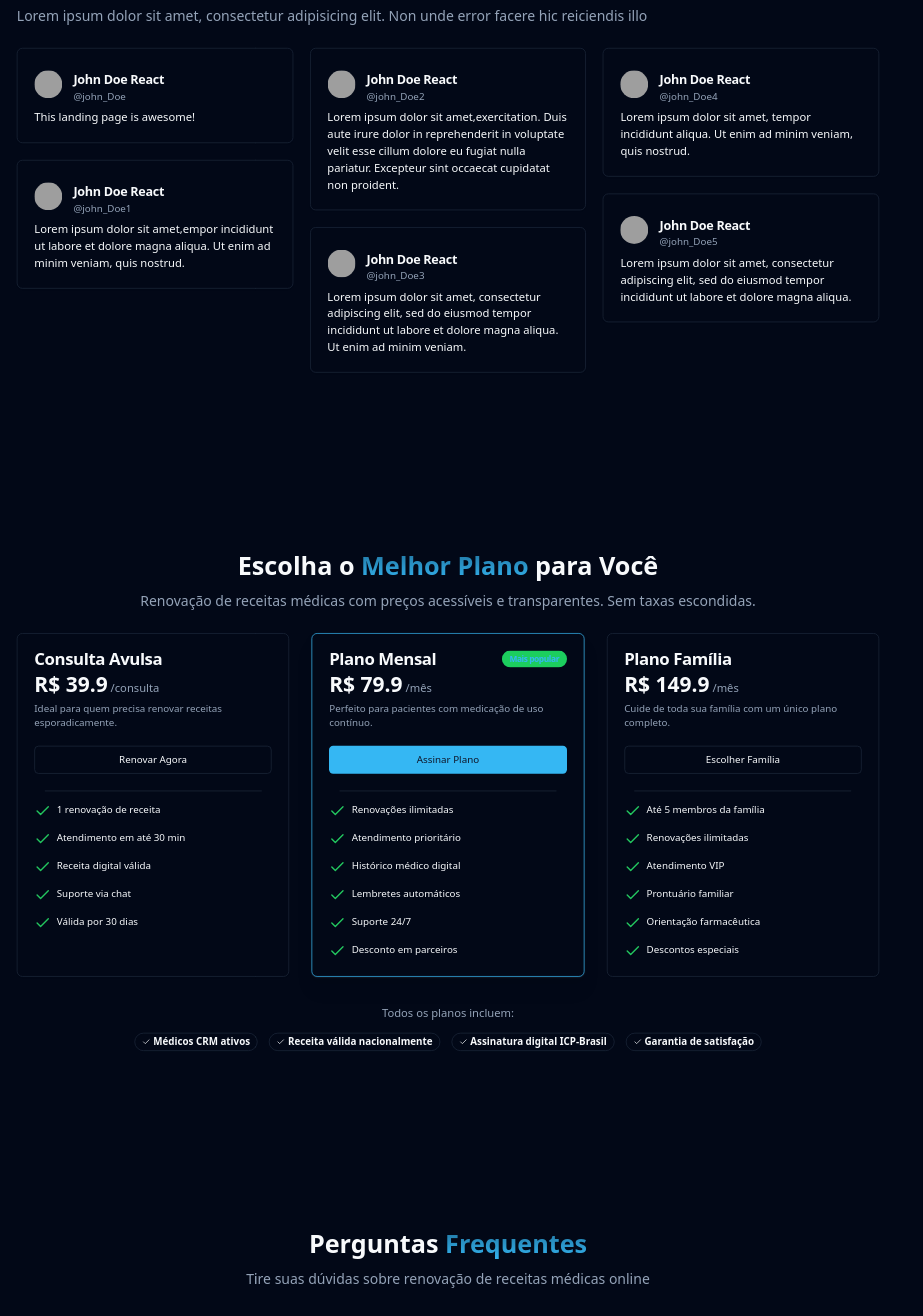
Repository: xoiurp/saude-digital
Page: /
These files come from the project's save history. The page is drawn as it stood at one moment and after the next save; the edit follows.
The browser window is 1280 px wide. The page is 1318 px wide, so the pictures cover 1318 px, including what lies to the right of the window. The pictures show the part of the page from y = 3559 to 5439 px (the page is 6945 px tall), at 70% of full size.
Pictures or frames that could not be fetched are drawn as grey boxes. The project was rebuilt for these pictures with package versions that can differ from the ones it lists, and the page was loaded fresh each time. Also part of the build but not shown: vite.config.ts.

Above is the page before, as saved 2025-09-09 16:01:31.

### index.html
<!doctype html>
<html lang="pt-BR">
  <head>
    <meta charset="UTF-8" />
    <link rel="icon" type="image/svg+xml" href="/vite.svg" />
    <meta name="viewport" content="width=device-width, initial-scale=1.0" />
    <meta name="description" content="Renove sua receita médica online com segurança e praticidade. Consulta médica 24h, receita digital válida em todo Brasil. Renovação em minutos!">
    <meta name="keywords" content="renovar receita, receita médica online, telemedicina, consulta online, receita digital">
    <title>RenovaReceitas - Renovação de Receitas Médicas Online 24h</title>
  </head>
  <body>
    <div id="root"></div>
    <script type="module" src="/src/main.tsx"></script>
  </body>
</html>

### src/App.tsx
import { About } from "./components/About";
import { Cta } from "./components/Cta";
import { FAQ } from "./components/FAQ";
import { Features } from "./components/Features";
import { Footer } from "./components/Footer";
import { Hero } from "./components/Hero";
import { HowItWorks } from "./components/HowItWorks";
import { Navbar } from "./components/Navbar";
import { Newsletter } from "./components/Newsletter";
import { Pricing } from "./components/Pricing";
import { Sponsors } from "./components/Sponsors";
import { Team } from "./components/Team";
import { Testimonials } from "./components/Testimonials";
import { WhatsAppButton } from "./components/WhatsAppButton";
import "./App.css";

function App() {
  return (
    <>
      <Navbar />
      <Hero />
      <Features />
      <HowItWorks />
      <Cta />
      <Testimonials />
      <Pricing />
      <FAQ />
      <Newsletter />
      <Footer />
      <WhatsAppButton />
    </>
  );
}

export default App;

### src/components/theme-provider.tsx
import { createContext, useContext, useEffect, useState } from "react";

type Theme = "dark" | "light" | "system";

type ThemeProviderProps = {
  children: React.ReactNode;
  defaultTheme?: Theme;
  storageKey?: string;
};

type ThemeProviderState = {
  theme: Theme;
  setTheme: (theme: Theme) => void;
};

const initialState: ThemeProviderState = {
  theme: "system",
  setTheme: () => null,
};

const ThemeProviderContext = createContext<ThemeProviderState>(initialState);

export function ThemeProvider({
  children,
  defaultTheme = "dark",
  storageKey = "vite-ui-theme",
  ...props
}: ThemeProviderProps) {
  const [theme, setTheme] = useState<Theme>(
    () => (localStorage.getItem(storageKey) as Theme) || defaultTheme
  );

  useEffect(() => {
    const root = window.document.documentElement;

    root.classList.remove("light", "dark");

    if (theme === "system") {
      const systemTheme = window.matchMedia("(prefers-color-scheme: dark)")
        .matches
        ? "dark"
        : "light";

      root.classList.add(systemTheme);
      return;
    }

    root.classList.add(theme);
  }, [theme]);

  const value = {
    theme,
    setTheme: (theme: Theme) => {
      localStorage.setItem(storageKey, theme);
      setTheme(theme);
    },
  };

  return (
    <ThemeProviderContext.Provider
      {...props}
      value={value}
    >
      {children}
    </ThemeProviderContext.Provider>
  );
}

export const useTheme = () => {
  const context = useContext(ThemeProviderContext);

  if (context === undefined)
    throw new Error("useTheme must be used within a ThemeProvider");

  return context;
};

### src/components/Newsletter.tsx
import { Button } from "./ui/button";
import { Input } from "./ui/input";

export const Newsletter = () => {
  const handleSubmit = (e: any) => {
    e.preventDefault();
    console.log("Cadastrar-sed!");
  };

  return (
    <section id="Newsletter">
      <hr className="w-11/12 mx-auto" />

      <div className="container py-24 sm:py-32">
        <h3 className="text-center text-4xl md:text-5xl font-bold">
          Cadastra-se para receber{" "}
          <span className="bg-gradient-to-b from-primary/60 to-primary text-transparent bg-clip-text">
            Newsletter
          </span>
        </h3>
        <p className="text-xl text-muted-foreground text-center mt-4 mb-8">
          Enviaremos apenas o necessário.
        </p>

        <form
          className="flex flex-col w-full md:flex-row md:w-6/12 lg:w-4/12 mx-auto gap-4 md:gap-2"
          onSubmit={handleSubmit}
        >
          <Input
            placeholder="leomirandadev@gmail.com"
            className="bg-muted/50 dark:bg-muted/80 "
            aria-label="email"
          />
          <Button>Cadastrar-se</Button>
        </form>
      </div>

      <hr className="w-11/12 mx-auto" />
    </section>
  );
};

### src/components/Pricing.tsx
import { Badge } from "@/components/ui/badge";
import { Button } from "@/components/ui/button";
import {
  Card,
  CardContent,
  CardDescription,
  CardFooter,
  CardHeader,
  CardTitle,
} from "@/components/ui/card";
import { Check, X } from "lucide-react";

enum PopularPlanType {
  NO = 0,
  YES = 1,
}

interface PricingProps {
  title: string;
  popular: PopularPlanType;
  price: number;
  description: string;
  buttonText: string;
  benefitList: string[];
  limitations?: string[];
}

const pricingList: PricingProps[] = [
  {
    title: "Consulta Avulsa",
    popular: 0,
    price: 39.90,
    description:
      "Ideal para quem precisa renovar receitas esporadicamente.",
    buttonText: "Renovar Agora",
    benefitList: [
      "1 renovação de receita",
      "Atendimento em até 30 min",
      "Receita digital válida",
      "Suporte via chat",
      "Válida por 30 dias",
    ],
  },
  {
    title: "Plano Mensal",
    popular: 1,
    price: 79.90,
    description:
      "Perfeito para pacientes com medicação de uso contínuo.",
    buttonText: "Assinar Plano",
    benefitList: [
      "Renovações ilimitadas",
      "Atendimento prioritário",
      "Histórico médico digital",
      "Lembretes automáticos",
      "Suporte 24/7",
      "Desconto em parceiros",
    ],
  },
  {
    title: "Plano Família",
    popular: 0,
    price: 149.90,
    description:
      "Cuide de toda sua família com um único plano completo.",
    buttonText: "Escolher Família",
    benefitList: [
      "Até 5 membros da família",
      "Renovações ilimitadas",
      "Atendimento VIP",
      "Prontuário familiar",
      "Orientação farmacêutica",
      "Descontos especiais",
    ],
  },
];

export const Pricing = () => {
  return (
    <section
      id="pricing"
      className="container py-24 sm:py-32"
    >
      <h2 className="text-3xl md:text-4xl font-bold text-center">
        Escolha o
        <span className="bg-gradient-to-b from-primary/60 to-primary text-transparent bg-clip-text">
          {" "}
          Melhor Plano{" "}
        </span>
        para Você
      </h2>
      <h3 className="text-xl text-center text-muted-foreground pt-4 pb-8">
        Renovação de receitas médicas com preços acessíveis e transparentes.
        Sem taxas escondidas.
      </h3>
      <div className="grid md:grid-cols-2 lg:grid-cols-3 gap-8">
        {pricingList.map((pricing: PricingProps) => (
          <Card
            key={pricing.title}
            className={
              pricing.popular === PopularPlanType.YES
                ? "drop-shadow-xl shadow-black/10 dark:shadow-white/10 border-primary"
                : ""
            }
          >
            <CardHeader>
              <CardTitle className="flex item-center justify-between">
                {pricing.title}
                {pricing.popular === PopularPlanType.YES ? (
                  <Badge
                    variant="secondary"
                    className="text-s text-primary"
                  >
                    Mais popular
                  </Badge>
                ) : null}
              </CardTitle>
              <div>
                <span className="text-3xl font-bold">R$ {pricing.price}</span>
                <span className="text-muted-foreground"> /{pricing.title === "Consulta Avulsa" ? "consulta" : "mês"}</span>
              </div>

              <CardDescription>{pricing.description}</CardDescription>
            </CardHeader>

            <CardContent>
              <Button
                className="w-full"
                variant={pricing.popular === PopularPlanType.YES ? "default" : "outline"}
              >
                {pricing.buttonText}
              </Button>
            </CardContent>

            <hr className="w-4/5 m-auto mb-4" />

            <CardFooter className="flex">
              <div className="space-y-4">
                {pricing.benefitList.map((benefit: string) => (
                  <span
                    key={benefit}
                    className="flex"
                  >
                    <Check className="text-green-500 mr-2" />
                    <h3 className="text-sm">{benefit}</h3>
                  </span>
                ))}
              </div>
            </CardFooter>
          </Card>
        ))}
      </div>

      <div className="mt-10 text-center">
        <p className="text-muted-foreground mb-4">
          Todos os planos incluem:
        </p>
        <div className="flex flex-wrap justify-center gap-4">
          <Badge variant="outline" className="text-sm">
            <Check className="h-3 w-3 mr-1" />
            Médicos CRM ativos
          </Badge>
          <Badge variant="outline" className="text-sm">
            <Check className="h-3 w-3 mr-1" />
            Receita válida nacionalmente
          </Badge>
          <Badge variant="outline" className="text-sm">
            <Check className="h-3 w-3 mr-1" />
            Assinatura digital ICP-Brasil
          </Badge>
          <Badge variant="outline" className="text-sm">
            <Check className="h-3 w-3 mr-1" />
            Garantia de satisfação
          </Badge>
        </div>
      </div>
    </section>
  );
};

### src/components/WhatsAppButton.tsx
import { MessageCircle } from "lucide-react";

export const WhatsAppButton = () => {
  const whatsappUrl = "http://wa.me/5516981747790";

  return (
    <a
      href={whatsappUrl}
      target="_blank"
      rel="noopener noreferrer"
      className="fixed bottom-6 right-6 z-50 bg-green-500 hover:bg-green-600 text-white p-4 rounded-full shadow-lg transition-all duration-300 hover:scale-110 flex items-center justify-center group"
      aria-label="Contato via WhatsApp"
    >
      <MessageCircle className="h-6 w-6" />
      <span className="absolute right-full mr-3 bg-gray-800 text-white text-sm px-3 py-2 rounded-lg opacity-0 group-hover:opacity-100 transition-opacity duration-300 whitespace-nowrap">
        Fale conosco no WhatsApp
      </span>
    </a>
  );
};

### src/App.css
@tailwind base;
@tailwind components;
@tailwind utilities;

@layer base {
  /* Light mode - Medical theme with blue and green tones */
  :root {
    --background: 0 0% 100%;
    --foreground: 222.2 84% 4.9%;

    --card: 0 0% 100%;
    --card-foreground: 222.2 84% 4.9%;

    --popover: 0 0% 100%;
    --popover-foreground: 222.2 84% 4.9%;

    /* Primary - Medical Blue */
    --primary: 199 89% 48%;
    --primary-foreground: 0 0% 100%;

    /* Secondary - Soft Green */
    --secondary: 142 76% 36%;
    --secondary-foreground: 0 0% 100%;

    --muted: 210 40% 96.1%;
    --muted-foreground: 215.4 16.3% 46.9%;

    --accent: 210 40% 96.1%;
    --accent-foreground: 222.2 47.4% 11.2%;

    --destructive: 0 84.2% 60.2%;
    --destructive-foreground: 210 40% 98%;

    --border: 214.3 31.8% 91.4%;
    --input: 214.3 31.8% 91.4%;
    --ring: 199 89% 48%;

    --radius: 0.5rem;
  }

  /* Dark mode - Medical theme */
  .dark {
    --background: 222.2 84% 4.9%;
    --foreground: 210 40% 98%;

    --card: 222.2 84% 4.9%;
    --card-foreground: 210 40% 98%;

    --popover: 222.2 84% 4.9%;
    --popover-foreground: 210 40% 98%;

    /* Primary - Medical Blue (lighter for dark mode) */
    --primary: 199 89% 58%;
    --primary-foreground: 222.2 47.4% 11.2%;

    /* Secondary - Soft Green (lighter for dark mode) */
    --secondary: 142 76% 46%;
    --secondary-foreground: 222.2 47.4% 11.2%;

    --muted: 217.2 32.6% 17.5%;
    --muted-foreground: 215 20.2% 65.1%;

    --accent: 217.2 32.6% 17.5%;
    --accent-foreground: 210 40% 98%;

    --destructive: 0 62.8% 30.6%;
    --destructive-foreground: 210 40% 98%;

    --border: 217.2 32.6% 17.5%;
    --input: 217.2 32.6% 17.5%;
    --ring: 199 89% 58%;
  }
}

@layer base {
  * {
    @apply border-border;
  }
  body {
    @apply bg-background text-foreground;
  }
}

### src/components/ui/button.tsx
import * as React from "react"
import { Slot } from "@radix-ui/react-slot"
import { cva, type VariantProps } from "class-variance-authority"

import { cn } from "@/lib/utils"

const buttonVariants = cva(
  "inline-flex items-center justify-center whitespace-nowrap rounded-md text-sm font-medium ring-offset-background transition-colors focus-visible:outline-none focus-visible:ring-2 focus-visible:ring-ring focus-visible:ring-offset-2 disabled:pointer-events-none disabled:opacity-50",
  {
    variants: {
      variant: {
        default: "bg-primary text-primary-foreground hover:bg-primary/90",
        destructive:
          "bg-destructive text-destructive-foreground hover:bg-destructive/90",
        outline:
          "border border-input bg-background hover:bg-accent hover:text-accent-foreground",
        secondary:
          "bg-secondary text-secondary-foreground hover:bg-secondary/80",
        ghost: "hover:bg-accent hover:text-accent-foreground",
        link: "text-primary underline-offset-4 hover:underline",
      },
      size: {
        default: "h-10 px-4 py-2",
        sm: "h-9 rounded-md px-3",
        lg: "h-11 rounded-md px-8",
        icon: "h-10 w-10",
      },
    },
    defaultVariants: {
      variant: "default",
      size: "default",
    },
  }
)

export interface ButtonProps
  extends React.ButtonHTMLAttributes<HTMLButtonElement>,
    VariantProps<typeof buttonVariants> {
  asChild?: boolean
}

const Button = React.forwardRef<HTMLButtonElement, ButtonProps>(
  ({ className, variant, size, asChild = false, ...props }, ref) => {
    const Comp = asChild ? Slot : "button"
    return (
      <Comp
        className={cn(buttonVariants({ variant, size, className }))}
        ref={ref}
        {...props}
      />
    )
  }
)
Button.displayName = "Button"

export { Button, buttonVariants }

### src/components/ui/badge.tsx
import * as React from "react"
import { cva, type VariantProps } from "class-variance-authority"

import { cn } from "@/lib/utils"

const badgeVariants = cva(
  "inline-flex items-center rounded-full border px-2.5 py-0.5 text-xs font-semibold transition-colors focus:outline-none focus:ring-2 focus:ring-ring focus:ring-offset-2",
  {
    variants: {
      variant: {
        default:
          "border-transparent bg-primary text-primary-foreground hover:bg-primary/80",
        secondary:
          "border-transparent bg-secondary text-secondary-foreground hover:bg-secondary/80",
        destructive:
          "border-transparent bg-destructive text-destructive-foreground hover:bg-destructive/80",
        outline: "text-foreground",
      },
    },
    defaultVariants: {
      variant: "default",
    },
  }
)

export interface BadgeProps
  extends React.HTMLAttributes<HTMLDivElement>,
    VariantProps<typeof badgeVariants> {}

function Badge({ className, variant, ...props }: BadgeProps) {
  return (
    <div className={cn(badgeVariants({ variant }), className)} {...props} />
  )
}

export { Badge, badgeVariants }

### src/components/ui/card.tsx
import * as React from "react"

import { cn } from "@/lib/utils"

const Card = React.forwardRef<
  HTMLDivElement,
  React.HTMLAttributes<HTMLDivElement>
>(({ className, ...props }, ref) => (
  <div
    ref={ref}
    className={cn(
      "rounded-lg border bg-card text-card-foreground shadow-sm",
      className
    )}
    {...props}
  />
))
Card.displayName = "Card"

const CardHeader = React.forwardRef<
  HTMLDivElement,
  React.HTMLAttributes<HTMLDivElement>
>(({ className, ...props }, ref) => (
  <div
    ref={ref}
    className={cn("flex flex-col space-y-1.5 p-6", className)}
    {...props}
  />
))
CardHeader.displayName = "CardHeader"

const CardTitle = React.forwardRef<
  HTMLParagraphElement,
  React.HTMLAttributes<HTMLHeadingElement>
>(({ className, ...props }, ref) => (
  <h3
    ref={ref}
    className={cn(
      "text-2xl font-semibold leading-none tracking-tight",
      className
    )}
    {...props}
  />
))
CardTitle.displayName = "CardTitle"

const CardDescription = React.forwardRef<
  HTMLParagraphElement,
  React.HTMLAttributes<HTMLParagraphElement>
>(({ className, ...props }, ref) => (
  <p
    ref={ref}
    className={cn("text-sm text-muted-foreground", className)}
    {...props}
  />
))
CardDescription.displayName = "CardDescription"

const CardContent = React.forwardRef<
  HTMLDivElement,
  React.HTMLAttributes<HTMLDivElement>
>(({ className, ...props }, ref) => (
  <div ref={ref} className={cn("p-6 pt-0", className)} {...props} />
))
CardContent.displayName = "CardContent"

const CardFooter = React.forwardRef<
  HTMLDivElement,
  React.HTMLAttributes<HTMLDivElement>
>(({ className, ...props }, ref) => (
  <div
    ref={ref}
    className={cn("flex items-center p-6 pt-0", className)}
    {...props}
  />
))
CardFooter.displayName = "CardFooter"

export { Card, CardHeader, CardFooter, CardTitle, CardDescription, CardContent }

### src/components/mode-toggle.tsx
import { Button } from "@/components/ui/button";
import {
  DropdownMenu,
  DropdownMenuContent,
  DropdownMenuItem,
  DropdownMenuTrigger,
} from "@/components/ui/dropdown-menu";
import { useTheme } from "@/components/theme-provider";
import { Moon, Sun } from "lucide-react";

export function ModeToggle() {
  const { setTheme } = useTheme();

  return (
    <DropdownMenu>
      <DropdownMenuTrigger asChild>
        <Button
          variant="ghost"
          size="icon"
          className="ghost"
        >
          <Sun className="h-[1.1rem] w-[1.2rem] rotate-0 scale-100 transition-all dark:-rotate-90 dark:scale-0" />
          <Moon className="absolute h-[1.1rem] w-[1.2rem] rotate-90 scale-0 transition-all dark:rotate-0 dark:scale-100" />
          <span className="sr-only">Toggle theme</span>
        </Button>
      </DropdownMenuTrigger>
      <DropdownMenuContent align="end">
        <DropdownMenuItem onClick={() => setTheme("light")}>
          Light
        </DropdownMenuItem>
        <DropdownMenuItem onClick={() => setTheme("dark")}>
          Dark
        </DropdownMenuItem>
        <DropdownMenuItem onClick={() => setTheme("system")}>
          System
        </DropdownMenuItem>
      </DropdownMenuContent>
    </DropdownMenu>
  );
}

### src/components/ui/input.tsx
import * as React from "react"

import { cn } from "@/lib/utils"

export interface InputProps
  extends React.InputHTMLAttributes<HTMLInputElement> {}

const Input = React.forwardRef<HTMLInputElement, InputProps>(
  ({ className, type, ...props }, ref) => {
    return (
      <input
        type={type}
        className={cn(
          "flex h-10 w-full rounded-md border border-input bg-background px-3 py-2 text-sm ring-offset-background file:border-0 file:bg-transparent file:text-sm file:font-medium placeholder:text-muted-foreground focus-visible:outline-none focus-visible:ring-2 focus-visible:ring-ring focus-visible:ring-offset-2 disabled:cursor-not-allowed disabled:opacity-50",
          className
        )}
        ref={ref}
        {...props}
      />
    )
  }
)
Input.displayName = "Input"

export { Input }

### src/components/ui/avatar.tsx
import * as React from "react";
import * as AvatarPrimitive from "@radix-ui/react-avatar";

import { cn } from "@/lib/utils";

const Avatar = React.forwardRef<
  React.ElementRef<typeof AvatarPrimitive.Root>,
  React.ComponentPropsWithoutRef<typeof AvatarPrimitive.Root>
>(({ className, ...props }, ref) => (
  <AvatarPrimitive.Root
    ref={ref}
    className={cn(
      "relative flex h-10 w-10 shrink-0 overflow-hidden rounded-full",
      className
    )}
    {...props}
  />
));
Avatar.displayName = AvatarPrimitive.Root.displayName;

const AvatarImage = React.forwardRef<
  React.ElementRef<typeof AvatarPrimitive.Image>,
  React.ComponentPropsWithoutRef<typeof AvatarPrimitive.Image>
>(({ className, ...props }, ref) => (
  <AvatarPrimitive.Image
    ref={ref}
    className={cn("aspect-square h-full w-full", className)}
    {...props}
  />
));
AvatarImage.displayName = AvatarPrimitive.Image.displayName;

const AvatarFallback = React.forwardRef<
  React.ElementRef<typeof AvatarPrimitive.Fallback>,
  React.ComponentPropsWithoutRef<typeof AvatarPrimitive.Fallback>
>(({ className, ...props }, ref) => (
  <AvatarPrimitive.Fallback
    ref={ref}
    className={cn(
      "flex h-full w-full items-center justify-center rounded-full bg-muted",
      className
    )}
    {...props}
  />
));
AvatarFallback.displayName = AvatarPrimitive.Fallback.displayName;

export { Avatar, AvatarImage, AvatarFallback };

Loaded but not shown: src/main.tsx (common file); src/index.css (common file); src/lib/utils.ts (common file); tailwind.config.js (common file); src/components/Icons.tsx (664 lines, source omitted); src/components/ui/dropdown-menu.tsx (198 lines, source omitted); src/components/ui/navigation-menu.tsx (128 lines, source omitted); src/components/HeroCards.tsx (133 lines, source omitted); src/components/ui/sheet.tsx (138 lines, source omitted); src/components/FAQ.tsx (109 lines, source omitted); src/components/Footer.tsx (168 lines, source omitted); src/components/Navbar.tsx (142 lines, source omitted); src/components/Features.tsx (137 lines, source omitted); src/components/HowItWorks.tsx (118 lines, source omitted); src/components/Testimonials.tsx (111 lines, source omitted); src/components/Hero.tsx (66 lines, source omitted); src/components/Cta.tsx (50 lines, source omitted); src/components/ui/accordion.tsx (60 lines, source omitted)

After the next save:
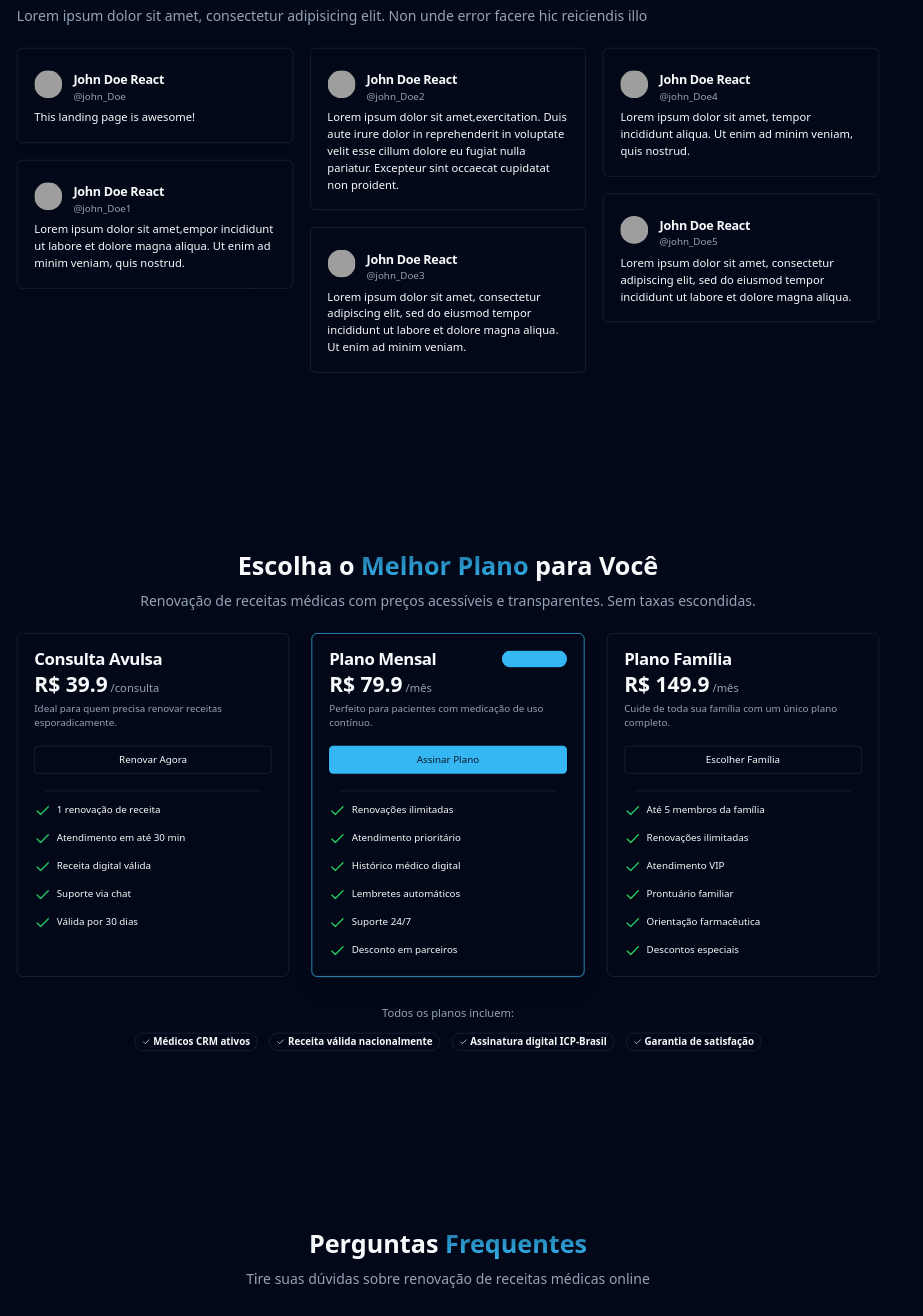
Saved 10 s later.
--- a/src/components/Pricing.tsx
+++ b/src/components/Pricing.tsx
@@ -108,7 +108,7 @@ export const Pricing = () => {
                 {pricing.title}
                 {pricing.popular === PopularPlanType.YES ? (
                   <Badge
-                    variant="secondary"
+                    variant="default"
                     className="text-s text-primary"
                   >
                     Mais popular
